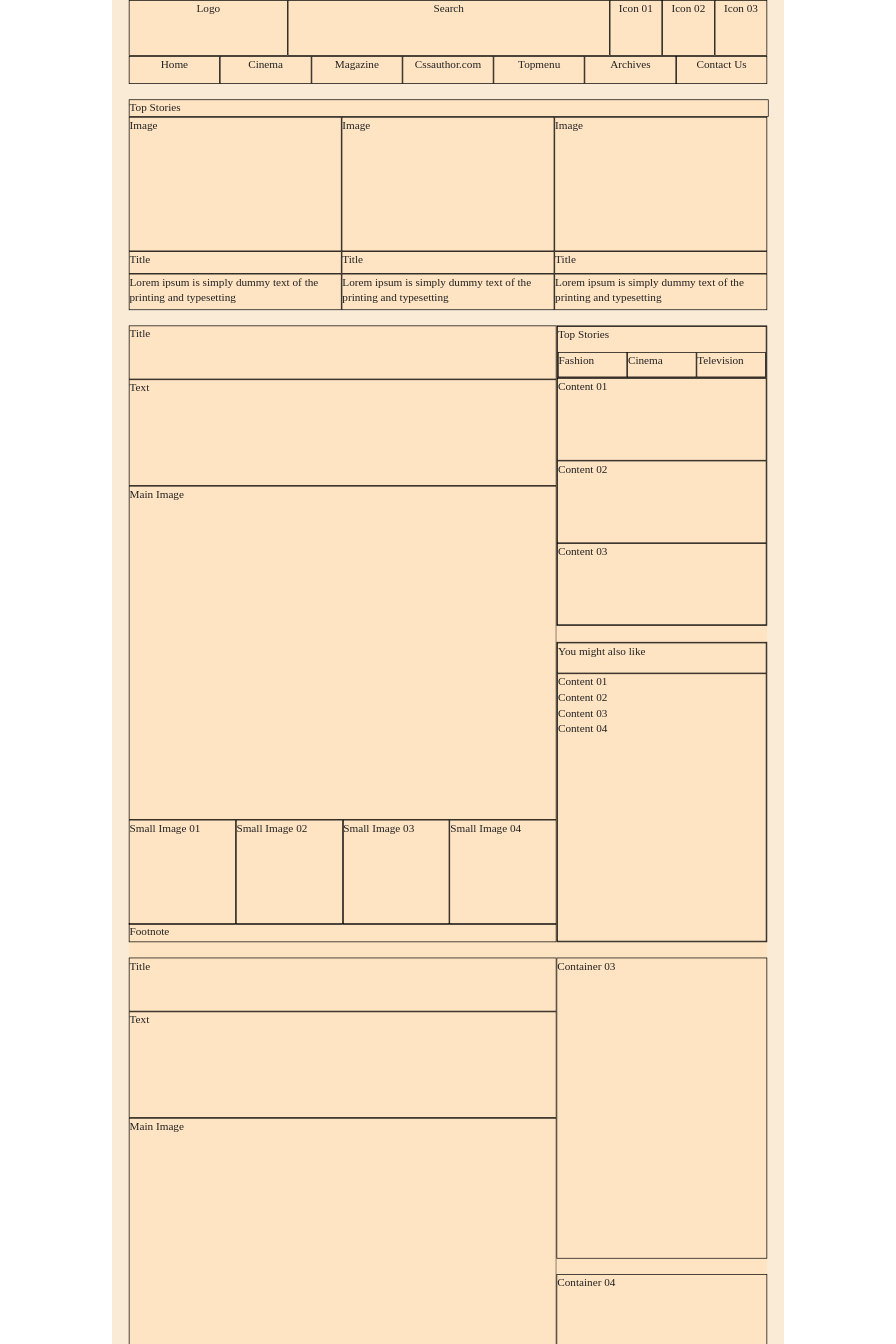
Repository: giovanabirck/cover-magazine-giovanabirck
Page: index.html
The author's editor kept a copy of each file at every save. The page is drawn from the files as they stood at one save, then again after the next save.
The browser window is 1280 px wide. The pictures show the part of the page from y = 0 to 1920 px (the page is 5000 px tall), at 70% of full size.

Above is the page before, as saved 2023-01-14 12:17:33.

### index.html
<!doctype html>
<html class="no-js" lang="">

<head>
  <meta charset="utf-8">
  <title></title>
  <meta name="description" content="">
  <meta name="viewport" content="width=device-width, initial-scale=1">

  <meta property="og:title" content="">
  <meta property="og:type" content="">
  <meta property="og:url" content="">
  <meta property="og:image" content="">

  <link rel="manifest" href="site.webmanifest">
  <link rel="apple-touch-icon" href="icon.png">
  <!-- Place favicon.ico in the root directory -->

  <link rel="stylesheet" href="css/normalize.css">
  <link rel="stylesheet" href="css/main.css">

  <meta name="theme-color" content="#fafafa">
</head>

<body>

  <div class="main-container">

    <div class="header">
      <div class="header-content">
        <div class="header-content-logo">Logo</div>
        <div class="header-content-search">Search</div>
        <div class="header-content-icons">
          <div class="header-content-icons-un">Icon 01</div>
          <div class="header-content-icons-un">Icon 02</div>
          <div class="header-content-icons-un">Icon 03</div>
        </div>
      </div>
      <div class="header-menu">
        <div class="header-menu-un">Home</div>
        <div class="header-menu-un">Cinema</div>
        <div class="header-menu-un">Magazine</div>
        <div class="header-menu-un">Cssauthor.com</div>
        <div class="header-menu-un">Topmenu</div>
        <div class="header-menu-un">Archives</div>
        <div class="header-menu-un">Contact Us</div>
      </div>
    </div>

    <br>

    <div class="featured">
      <div class="featured-h1">Top Stories</div>
      <div class="featured-stories">
        <div class="featured-stories-un">
          <div class="featured-stories-un-image">Image</div>
          <div class="featured-stories-un-title">Title</div>
          <div class="featured-stories-un-text">Lorem ipsum is simply dummy text of the printing and typesetting</div>
        </div>
        <div class="featured-stories-un">
          <div class="featured-stories-un-image">Image</div>
          <div class="featured-stories-un-title">Title</div>
          <div class="featured-stories-un-text">Lorem ipsum is simply dummy text of the printing and typesetting</div>
        </div>
        <div class="featured-stories-un">
          <div class="featured-stories-un-image">Image</div>
          <div class="featured-stories-un-title">Title</div>
          <div class="featured-stories-un-text">Lorem ipsum is simply dummy text of the printing and typesetting</div>
        </div>
      </div>
    </div>

    <br>

    <div class="main">
      <div class="main-content">
        <div class="main-content-un">
          <div class="main-content-un-title">Title</div>
          <div class="main-content-un-text">Text</div>
          <div class="main-content-un-images">
            <div class="main-content-un-images-large">Main Image</div>
            <div class="main-content-un-images-small">
              <div class="main-content-un-images-small-un">Small Image 01</div>
              <div class="main-content-un-images-small-un">Small Image 02</div>
              <div class="main-content-un-images-small-un">Small Image 03</div>
              <div class="main-content-un-images-small-un">Small Image 04</div>
            </div>
          </div>
          <div class="main-content-un-footnote">Footnote</div>
        </div>

        <br>

        <div class="main-content-un">
          <div class="main-content-un-title">Title</div>
          <div class="main-content-un-text">Text</div>
          <div class="main-content-un-images">
            <div class="main-content-un-images-large">Main Image</div>
            <div class="main-content-un-images-small">
              <div class="main-content-un-images-small-un">Small Image 01</div>
              <div class="main-content-un-images-small-un">Small Image 02</div>
              <div class="main-content-un-images-small-un">Small Image 03</div>
              <div class="main-content-un-images-small-un">Small Image 04</div>
            </div>
          </div>
          <div class="main-content-un-footnote">Footnote</div>
        </div>
      </div>
      <div class="main-side">
        <div class="main-side-container">
          <div class="main-side-container01-title">
            <div class="main-side-container01-title-un">Top Stories</div>
            <div class="main-side-container01-title-un">
              <div class="main-side-container01-title-un-fashion">Fashion</div>
              <div class="main-side-container01-title-un-cinema">Cinema</div>
              <div class="main-side-container01-title-un-television">Television</div>
            </div>
          </div>
          <div class="main-side-container01-content">
            <div class="main-side-container01-content-un">Content 01</div>
            <div class="main-side-container01-content-un">Content 02</div>
            <div class="main-side-container01-content-un">Content 03</div>
          </div>
        </div>

        <br>

        <div class="main-side-container">
          <div class="main-side-container02-title">You might also like</div>
          <div class="main-side-container02-content">
            <div>Content 01</div>
            <div>Content 02</div>
            <div>Content 03</div>
            <div>Content 04</div>
          </div>
        </div>

        <br>

        <div class="main-side-container">Container 03</div>

        <br>

        <div class="main-side-container">Container 04</div>
      </div>
    </div>



  </div>

  <script src="js/vendor/modernizr-3.11.2.min.js"></script>
  <script src="js/plugins.js"></script>
  <script src="js/main.js"></script>

  <!-- Google Analytics: change UA-XXXXX-Y to be your site's ID. -->
  <script>
    window.ga = function () { ga.q.push(arguments) }; ga.q = []; ga.l = +new Date;
    ga('create', 'UA-XXXXX-Y', 'auto'); ga('set', 'anonymizeIp', true); ga('set', 'transport', 'beacon'); ga('send', 'pageview')
  </script>
  <script src="https://www.google-analytics.com/analytics.js" async></script>
</body>

</html>

### css/main.css
/*! HTML5 Boilerplate v8.0.0 | MIT License | https://html5boilerplate.com/ */

/* main.css 2.1.0 | MIT License | https://github.com/h5bp/main.css#readme */
/*
 * What follows is the result of much research on cross-browser styling.
 * Credit left inline and big thanks to Nicolas Gallagher, Jonathan Neal,
 * Kroc Camen, and the H5BP dev community and team.
 */

/* ==========================================================================
   Base styles: opinionated defaults
   ========================================================================== */

html {
  color: #222;
  font-size: 1em;
  line-height: 1.4;
  margin: 0px 160px 0px 160px;
}

/*
 * Remove text-shadow in selection highlight:
 * https://twitter.com/miketaylr/status/12228805301
 *
 * Vendor-prefixed and regular ::selection selectors cannot be combined:
 * https://stackoverflow.com/a/16982510/7133471
 *
 * Customize the background color to match your design.
 */

::-moz-selection {
  background: #b3d4fc;
  text-shadow: none;
}

::selection {
  background: #b3d4fc;
  text-shadow: none;
}

/*
 * A better looking default horizontal rule
 */

hr {
  display: block;
  height: 1px;
  border: 0;
  border-top: 1px solid #ccc;
  margin: 1em 0;
  padding: 0;
}

/*
 * Remove the gap between audio, canvas, iframes,
 * images, videos and the bottom of their containers:
 * https://github.com/h5bp/html5-boilerplate/issues/440
 */

audio,
canvas,
iframe,
img,
svg,
video {
  vertical-align: middle;
}

/*
 * Remove default fieldset styles.
 */

fieldset {
  border: 0;
  margin: 0;
  padding: 0;
}

/*
 * Allow only vertical resizing of textareas.
 */

textarea {
  resize: vertical;
}

/* ==========================================================================
   Author's custom styles
   ========================================================================== */

/* ==========================================================================
   Helper classes
   ========================================================================== */

/*
 * Hide visually and from screen readers
 */

.hidden,
[hidden] {
  display: none !important;
}

/*
 * Hide only visually, but have it available for screen readers:
 * https://snook.ca/archives/html_and_css/hiding-content-for-accessibility
 *
 * 1. For long content, line feeds are not interpreted as spaces and small width
 *    causes content to wrap 1 word per line:
 *    https://medium.com/@jessebeach/beware-smushed-off-screen-accessible-text-5952a4c2cbfe
 */

.sr-only {
  border: 0;
  clip: rect(0, 0, 0, 0);
  height: 1px;
  margin: -1px;
  overflow: hidden;
  padding: 0;
  position: absolute;
  white-space: nowrap;
  width: 1px;
  /* 1 */
}

/*
 * Extends the .sr-only class to allow the element
 * to be focusable when navigated to via the keyboard:
 * https://www.drupal.org/node/897638
 */

.sr-only.focusable:active,
.sr-only.focusable:focus {
  clip: auto;
  height: auto;
  margin: 0;
  overflow: visible;
  position: static;
  white-space: inherit;
  width: auto;
}

/*
 * Hide visually and from screen readers, but maintain layout
 */

.invisible {
  visibility: hidden;
}

/*
 * Clearfix: contain floats
 *
 * For modern browsers
 * 1. The space content is one way to avoid an Opera bug when the
 *    `contenteditable` attribute is included anywhere else in the document.
 *    Otherwise it causes space to appear at the top and bottom of elements
 *    that receive the `clearfix` class.
 * 2. The use of `table` rather than `block` is only necessary if using
 *    `:before` to contain the top-margins of child elements.
 */

.clearfix::before,
.clearfix::after {
  content: " ";
  display: table;
}

.clearfix::after {
  clear: both;
}

/* ==========================================================================
   EXAMPLE Media Queries for Responsive Design.
   These examples override the primary ('mobile first') styles.
   Modify as content requires.
   ========================================================================== */

@media only screen and (min-width: 35em) {
  /* Style adjustments for viewports that meet the condition */
}

@media print,
  (-webkit-min-device-pixel-ratio: 1.25),
  (min-resolution: 1.25dppx),
  (min-resolution: 120dpi) {
  /* Style adjustments for high resolution devices */
}

/* ==========================================================================
   Print styles.
   Inlined to avoid the additional HTTP request:
   https://www.phpied.com/delay-loading-your-print-css/
   ========================================================================== */

@media print {
  *,
  *::before,
  *::after {
    background: #fff !important;
    color: #000 !important;
    /* Black prints faster */
    box-shadow: none !important;
    text-shadow: none !important;
  }

  a,
  a:visited {
    text-decoration: underline;
  }

  a[href]::after {
    content: " (" attr(href) ")";
  }

  abbr[title]::after {
    content: " (" attr(title) ")";
  }

  /*
   * Don't show links that are fragment identifiers,
   * or use the `javascript:` pseudo protocol
   */
  a[href^="#"]::after,
  a[href^="javascript:"]::after {
    content: "";
  }

  pre {
    white-space: pre-wrap !important;
  }

  pre,
  blockquote {
    border: 1px solid #999;
    page-break-inside: avoid;
  }

  /*
   * Printing Tables:
   * https://web.archive.org/web/20180815150934/http://css-discuss.incutio.com/wiki/Printing_Tables
   */
  thead {
    display: table-header-group;
  }

  tr,
  img {
    page-break-inside: avoid;
  }

  p,
  h2,
  h3 {
    orphans: 3;
    widows: 3;
  }

  h2,
  h3 {
    page-break-after: avoid;
  }
}

.main-container{
  background-color: antiquewhite;
  width: 100%;
  height: 5000px;
  display: flex;
  flex-direction: column;
  align-items: center;
}

.header {
  background-color: bisque;
  width: 95%;
  height: 120px;
  display: flex;
  flex-direction: column;
  justify-content: center;
}

.header-content{
  width: 100%;
  height: 80px;
  display: flex;
}

.header-content-logo{
  border: solid 1px black;
  width: 33%;
  text-align: center;
}

.header-content-search{
  border: solid 1px black;
  width: 67%;
  text-align: center;
}

.header-content-icons{
  width: 33%;
  text-align: center;
  display: flex;
}

.header-content-icons-un{
  border: solid 1px black;
  width: 100%;
  text-align: center;
}

.header-menu{
  background-color: bisque;
  width: 100%;
  height: 40px;
  text-align: center;
  display: flex;
}

.header-menu-un{
  border: solid 1px black;
  width: 100%;
  text-align: center;
}

.featured{
  background-color: bisque;
  width: 95%;
  height: 300px;
  display: flex;
  flex-direction: column;
}

.featured-h1{
  border: solid 1px black;
  width: 100%;
  height: 40px;
}

.featured-stories{
  width: 100%;
  height: 300px;
  display: flex;
}

.featured-stories-un-image{
  border: solid 1px black;
  height: 190px;
}

.featured-stories-un-title{
  border: solid 1px black;
  height: 30px;
}

.featured-stories-un-text{
  border: solid 1px black;
  height: 50px;
}

.main{
  width: 95%;
  height: 1785px;
  display: flex;
}

.main-content{
  background-color: bisque;
  width: 67%;
  height: 1785px;
  display: flex;
  flex-direction: column;
}

.main-content-un{
  width: 100%;
  height: 900px;
}

.main-content-un-title{
  border: solid 1px black;
  height: 75px;
}

.main-content-un-text{
  border: solid 1px black;
  height: 150px;
}

.main-content-un-images{
  height: 625px;
}

.main-content-un-images-large{
  border: solid 1px black;
  height: 475px;
}

.main-content-un-images-small{
  width: 100%;
  height: 150px;
  display: flex;
}

.main-content-un-images-small-un{
  border: solid 1px black;
  width: 100%;
}

.main-content-un-footnote{
  border: solid 1px black;
  height: 25px;
}

.main-side{
  background-color: bisque;
  width: 33%;
  height: 1785px;
  display: flex;
  flex-direction: column;
}

.main-side-container{
  border: solid 1px black;
  height: 100%;
  display: flex;
  flex-direction: column;
}

.main-side-container01-title{
  border: solid 1px black;
  height: 17%;
  display: flex;
  flex-direction: column;
}

.main-side-container01-title-un{
  height: 100%;
  display: flex;
}

.main-side-container01-title-un-fashion{
  border: solid 1px black;
  width: 100%;
}

.main-side-container01-title-un-cinema{
  border: solid 1px black;
  width: 100%;
}

.main-side-container01-title-un-television{
  border: solid 1px black;
  width: 100%;
}

.main-side-container01-content{
  height: 83%;
  display: flex;
  flex-direction: column;
}

.main-side-container01-content-un{
  border: solid 1px black;
  height: 100%;
}

.main-side-container02-title{
  border: solid 1px black;
  height: 10%;
}

.main-side-container02-content{
  border: solid 1px black;
  height: 90%;
  display: flex;
  flex-direction: column;
}

### js/plugins.js
// Avoid `console` errors in browsers that lack a console.
(function() {
  var method;
  var noop = function () {};
  var methods = [
    'assert', 'clear', 'count', 'debug', 'dir', 'dirxml', 'error',
    'exception', 'group', 'groupCollapsed', 'groupEnd', 'info', 'log',
    'markTimeline', 'profile', 'profileEnd', 'table', 'time', 'timeEnd',
    'timeline', 'timelineEnd', 'timeStamp', 'trace', 'warn'
  ];
  var length = methods.length;
  var console = (window.console = window.console || {});

  while (length--) {
    method = methods[length];

    // Only stub undefined methods.
    if (!console[method]) {
      console[method] = noop;
    }
  }
}());

// Place any jQuery/helper plugins in here.

Loaded but not shown: css/normalize.css (library); js/vendor/modernizr-3.11.2.min.js (library); js/main.js (no stored copy; drawn as an empty file)

After the next save:
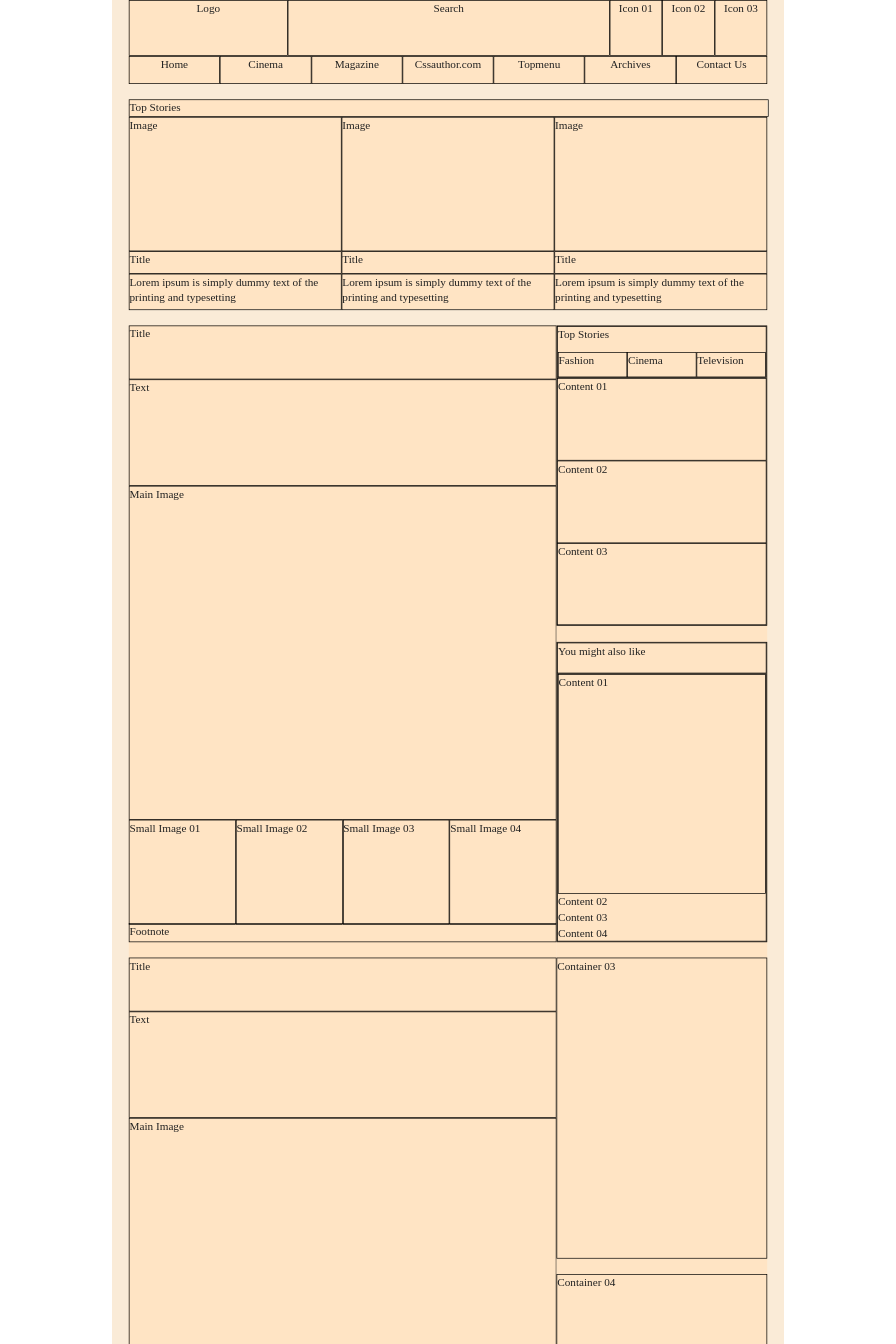
Saved 14 s later.
--- a/index.html
+++ b/index.html
@@ -128,7 +128,7 @@
         <div class="main-side-container">
           <div class="main-side-container02-title">You might also like</div>
           <div class="main-side-container02-content">
-            <div>Content 01</div>
+            <div class="main-side-container01-content-un">Content 01</div>
             <div>Content 02</div>
             <div>Content 03</div>
             <div>Content 04</div>

After the save that followed:
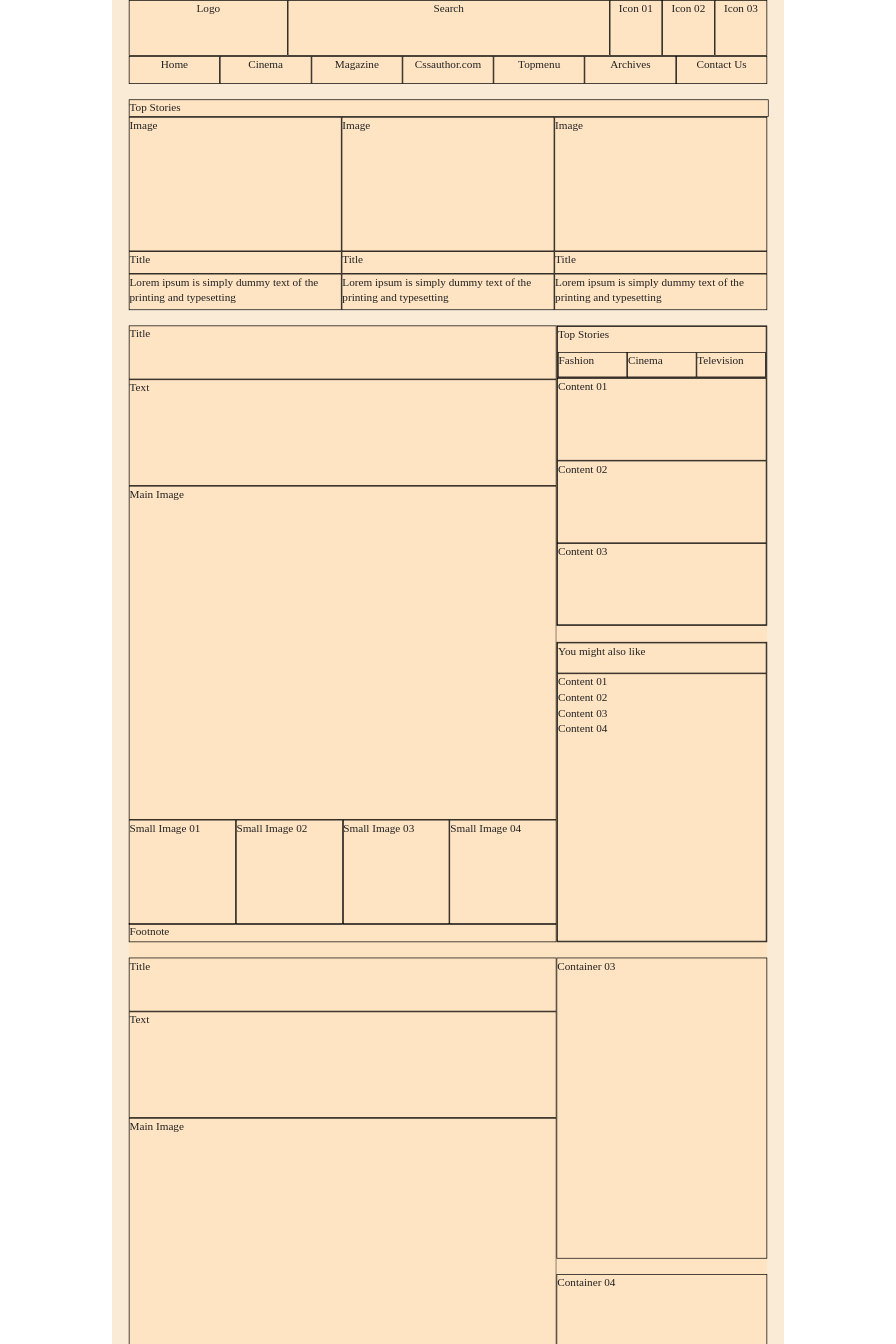
Saved 4 s later.
--- a/index.html
+++ b/index.html
@@ -128,7 +128,7 @@
         <div class="main-side-container">
           <div class="main-side-container02-title">You might also like</div>
           <div class="main-side-container02-content">
-            <div class="main-side-container01-content-un">Content 01</div>
+            <div class="main-side-container02-content-un">Content 01</div>
             <div>Content 02</div>
             <div>Content 03</div>
             <div>Content 04</div>
